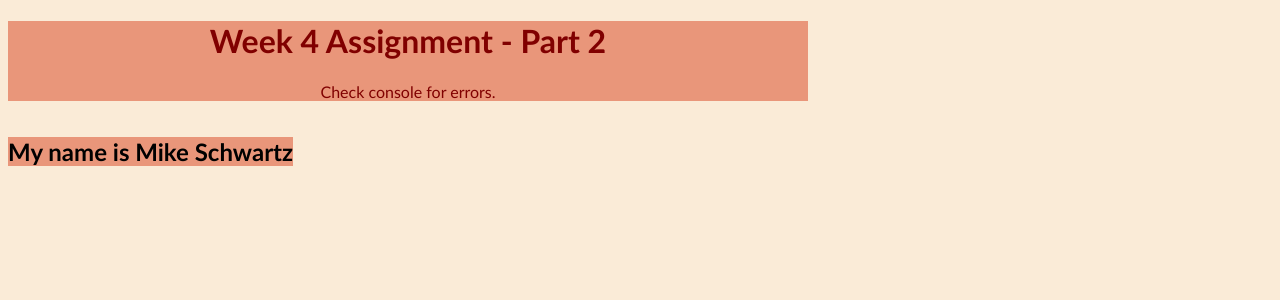
Repository: Ellusionism/prime-pw-week-4-assignment-part-2
Page: assignment/index.html
These files come from the project's save history. The page is drawn as it stood at one moment and after the next save; the edit follows.
The browser window is 1280 px wide. The pictures show the whole page.

Above is the page before, as saved 2022-11-16 17:55:56.

### assignment/index.html
<!DOCTYPE html>
<meta name="viewport" content="width=device-width">
<html lang="en-US">
  <head>
    <meta charset="utf-8">
    <title>Week 4 Assignment</title>
    <link rel="stylesheet" href="stylesheet.css">
    <!-- Create and CSS file -->
  </head>
  <body>
    <header class="homepageHeader">
      <h1>Week 4 Assignment - Part 2</h1>
      <p>Check console for errors.</p>
  </header>
  <div>
    <h2 class="info"> My name is Mike Schwartz </h2>
  </div>
  </body>
</html>

### assignment/stylesheet.css
body {
 font-family:'Trebuchet MS', 'Lucida Sans Unicode', 'Lucida Grande', 'Lucida Sans', Arial, sans-serif;
 background-color:antiquewhite;
}

.homepageHeader {
 background-color:darksalmon;
 text-align: center;
 width: 50em;
 color: maroon;
}

.info {
 background-color:darksalmon;
 padding: auto;
 display: inline-flex;
}

After the next save:
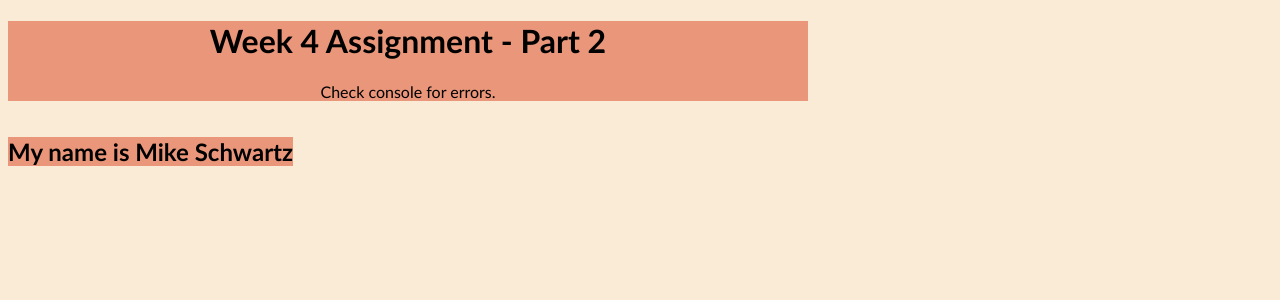
Saved 8 s later.
--- a/assignment/stylesheet.css
+++ b/assignment/stylesheet.css
@@ -7,6 +7,7 @@
  background-color:darksalmon;
  text-align: center;
  width: 50em;
+ align
  color: maroon;
 }
 

After the 6 saves that followed:
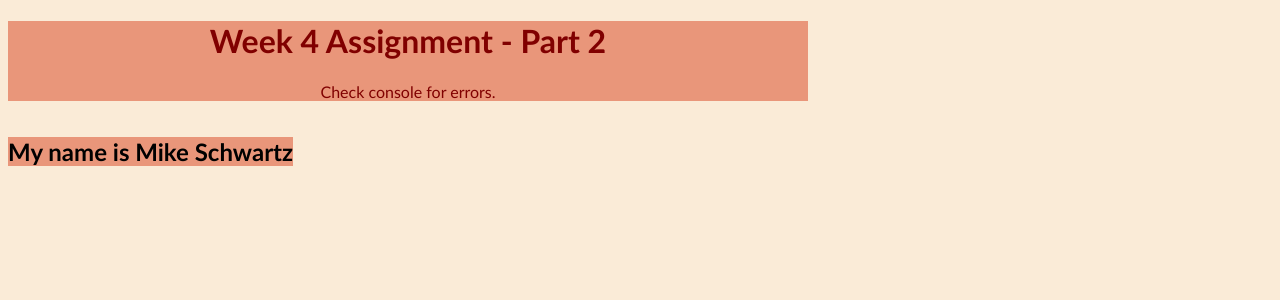
The 6 saves are shown as one change because 2 left the picture as it was and some came seconds apart.
The last was saved 20 s later.
--- a/assignment/stylesheet.css
+++ b/assignment/stylesheet.css
@@ -7,7 +7,6 @@
  background-color:darksalmon;
  text-align: center;
  width: 50em;
- align
  color: maroon;
 }
 
